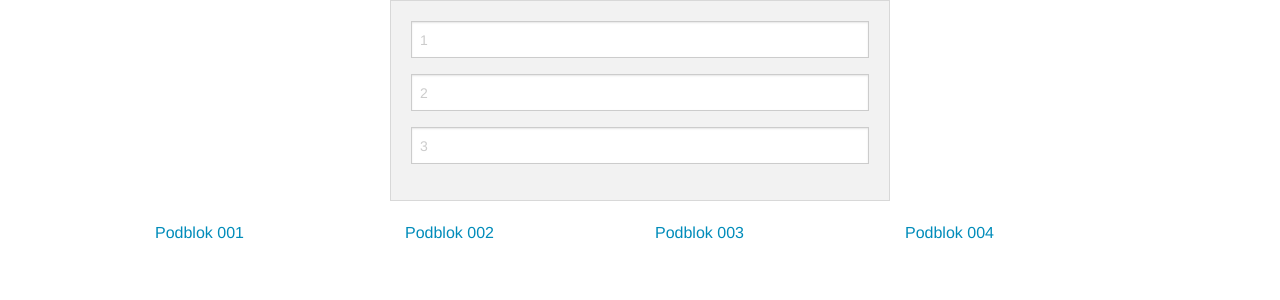
Repository: binczyk/RepoComarch
Page: strona/WebContent/foundation-5.5.2/exercise2.html
The author's editor kept a copy of each file at every save. The page is drawn from the files as they stood at one save, then again after the next save.
The browser window is 1280 px wide. The pictures show the whole page.

Above is the page before, as saved 2015-07-14 07:50:09.

After the next save:
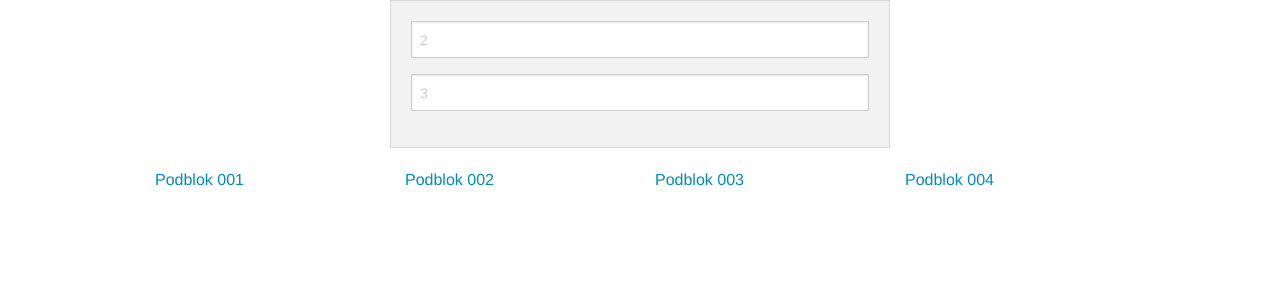
Saved 5 s later.
--- a/strona/WebContent/foundation-5.5.2/exercise2.html
+++ b/strona/WebContent/foundation-5.5.2/exercise2.html
@@ -13,7 +13,7 @@
 			<div class="row">
 				<div class="small-6 columns small-centered panel">
 					<form action="" method="post">
-						<input type="text" placeholder="1" >
+						<input class="reveal-modal" data-reveal aria-labelledby="modalTitle" aria-hidden="true" role="dialog" type="text" placeholder="1" >
 						<input type="text" placeholder="2">
 						<input type="text" placeholder="3">
 					</form>

After the save that followed:
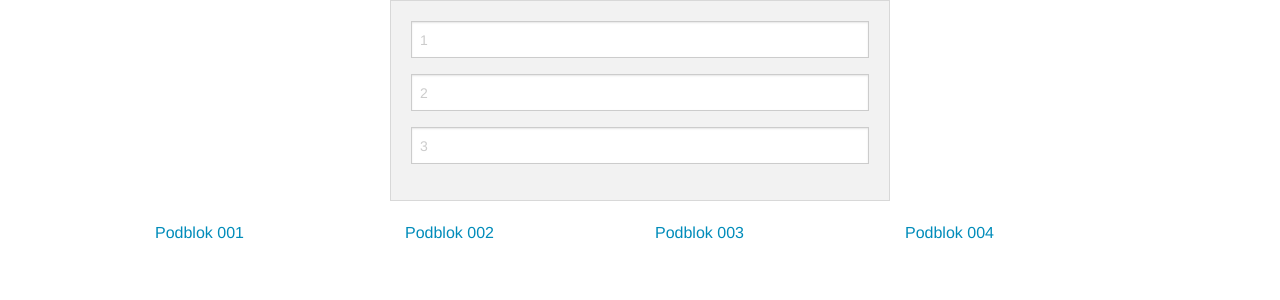
Saved 16 s later.
--- a/strona/WebContent/foundation-5.5.2/exercise2.html
+++ b/strona/WebContent/foundation-5.5.2/exercise2.html
@@ -13,7 +13,7 @@
 			<div class="row">
 				<div class="small-6 columns small-centered panel">
 					<form action="" method="post">
-						<input class="reveal-modal" data-reveal aria-labelledby="modalTitle" aria-hidden="true" role="dialog" type="text" placeholder="1" >
+						<input  type="text" placeholder="1" >
 						<input type="text" placeholder="2">
 						<input type="text" placeholder="3">
 					</form>
